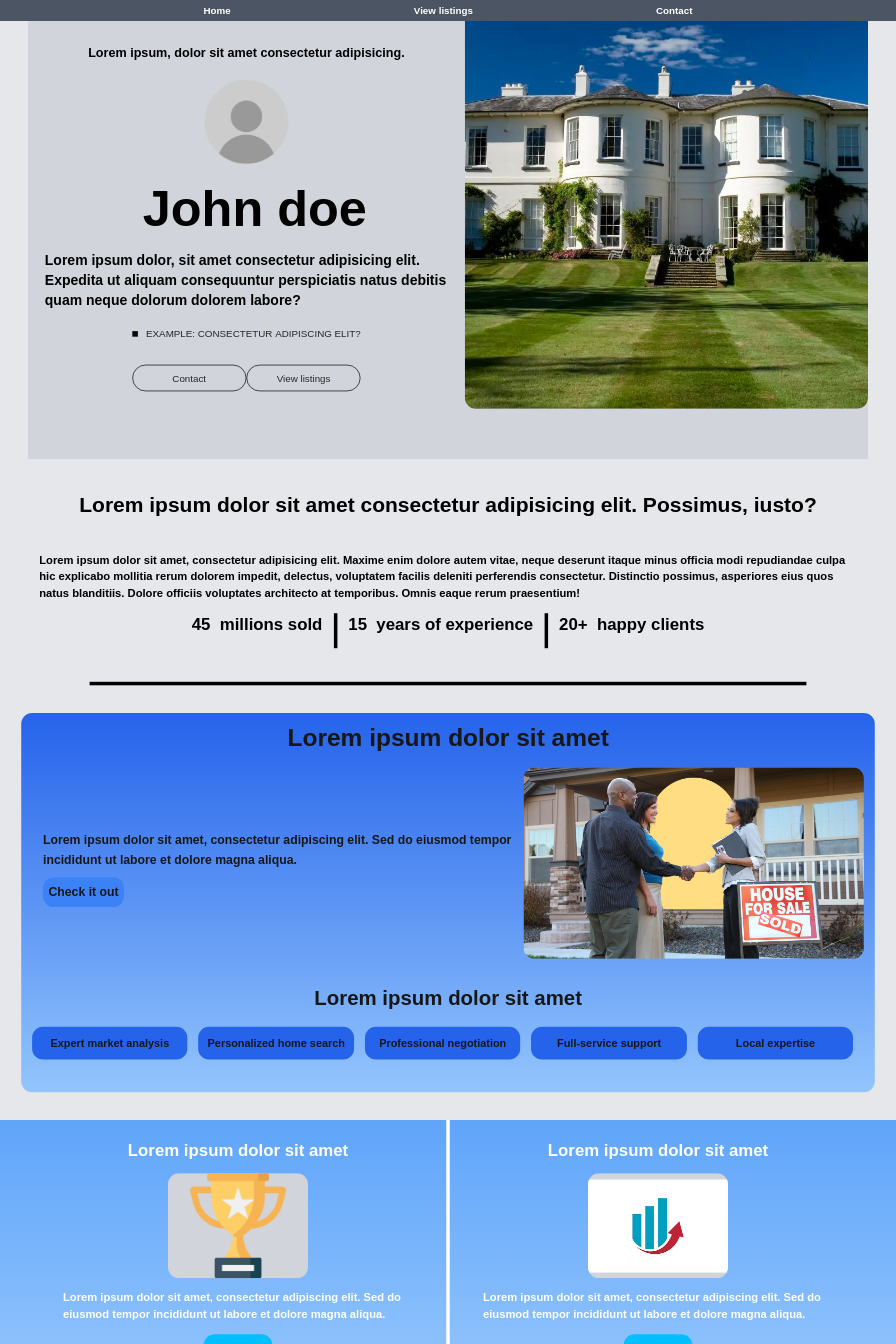
Repository: TMuse333/single-page-real-estate
Page: / (app in frontend/)
These files come from the project's save history. The page is drawn as it stood at one moment and after the next save; the edit follows.
The browser window is 1280 px wide. The pictures show the part of the page from y = 0 to 1920 px (the page is 6391 px tall), at 70% of full size.
The project was rebuilt for these pictures with package versions that can differ from the ones it lists, and the page was loaded fresh each time. The framework's server and built-in components were replaced by stand-ins that run in the browser. Also part of the build but not shown: frontend/next.config.mjs.

Above is the page before, as saved 2024-12-05 15:40:54.

After the next save:
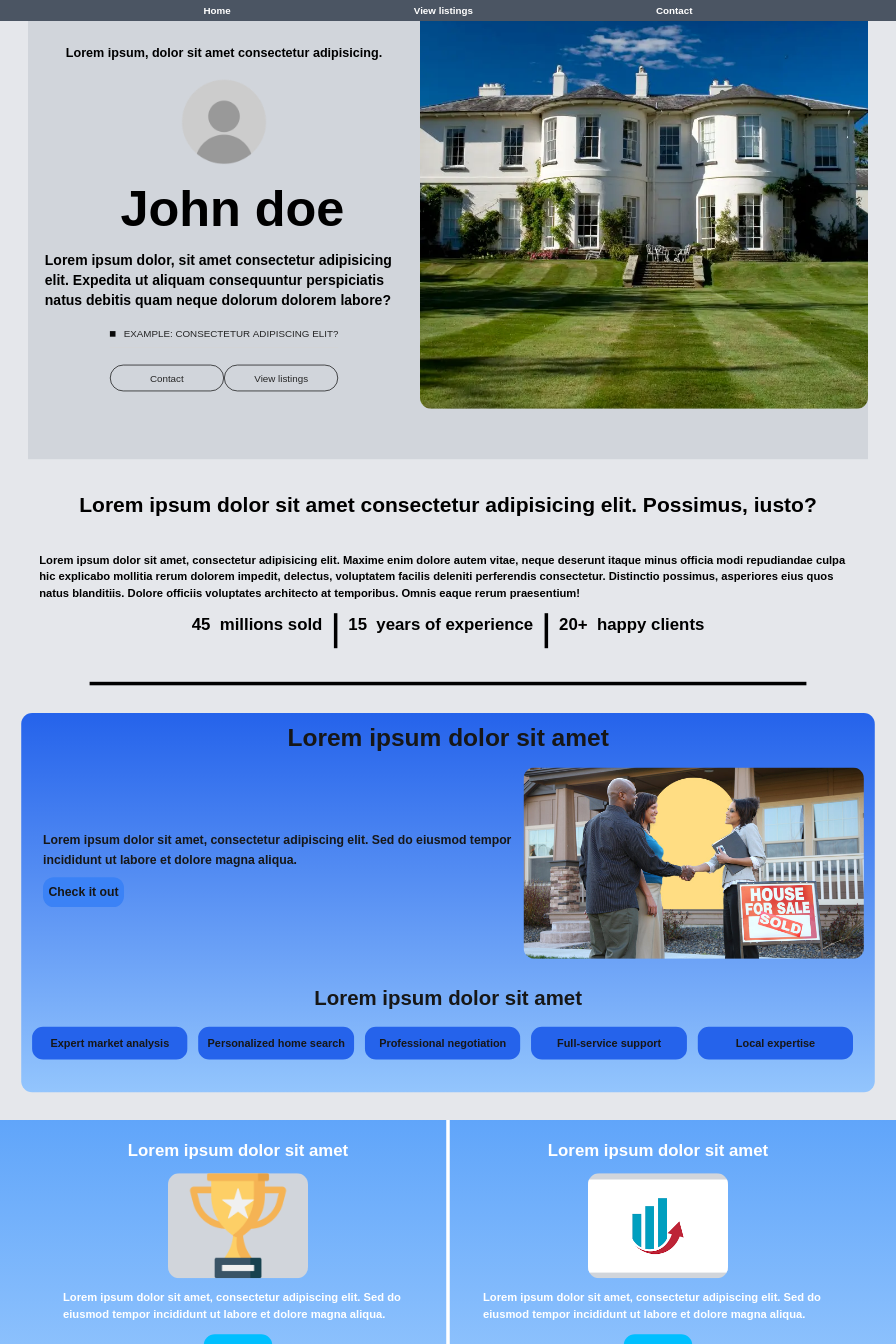
Saved 11 s later.
--- a/frontend/src/components/herobanner/herobanner.tsx
+++ b/frontend/src/components/herobanner/herobanner.tsx
@@ -68,7 +68,7 @@ const Herobanner = () => {
             height={600}
             width={1300}
             alt='A full body image of Thomas Musial'
-            className="w-[45vw] hidden rounded-2xl  object-cover mx-auto
+            className="w-[50vw] hidden rounded-2xl  object-cover mx-auto
  bg-gray-300  md:block h-[80vh] mt-auto mb-auto
 
 
